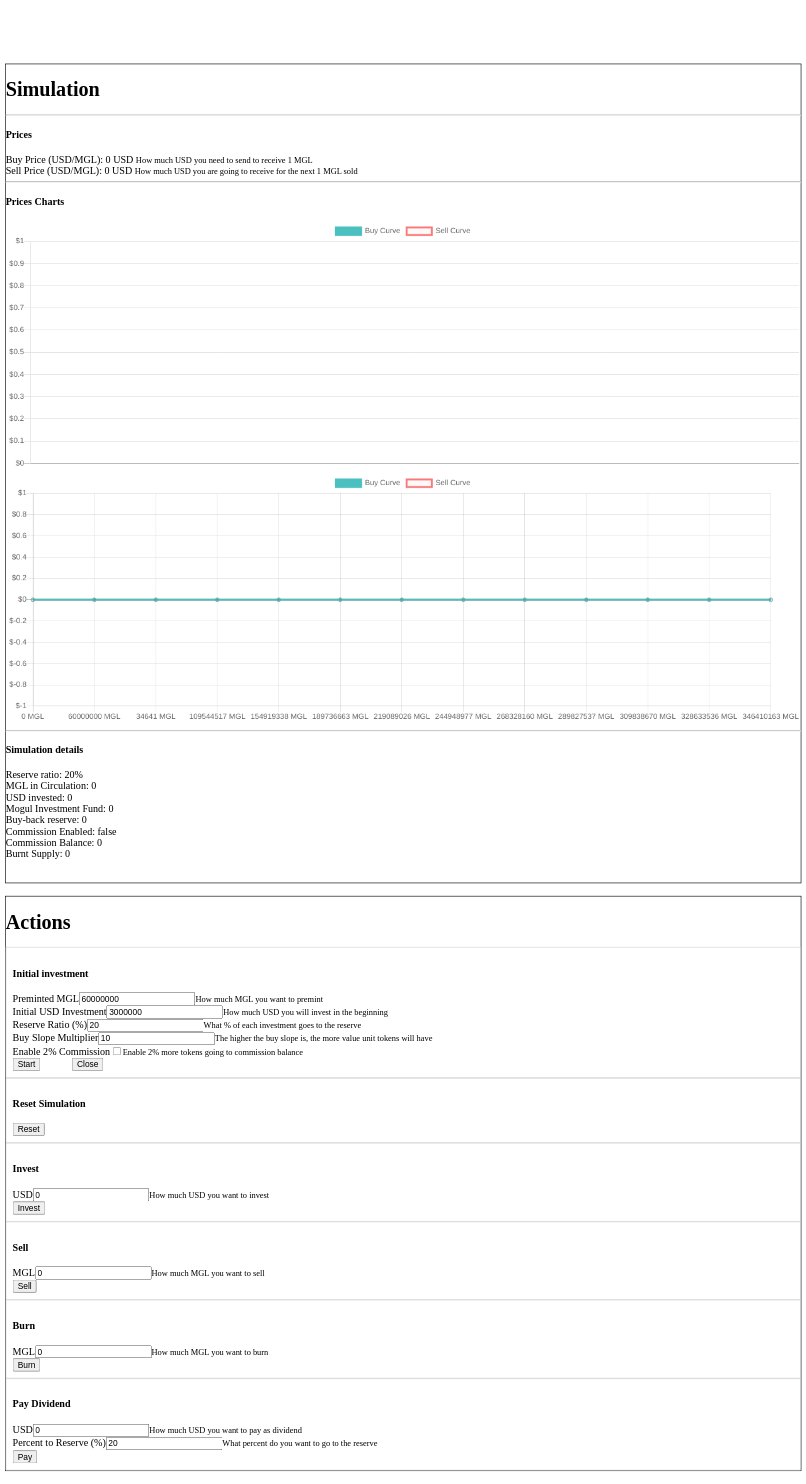
Repository: Fletch153/mogul-simulator
Page: /
An editor plug-in stored every save of this project. The page is shown before and after a run of saves, followed by the edit.
The browser window is 1280 px wide. The pictures show the whole page, at 63% of full size.
The project was rebuilt for these pictures with package versions that can differ from the ones it lists, and the page was loaded fresh each time.

Above is the page before, as saved 2019-11-27 14:51:37.

After the next 2 saves:
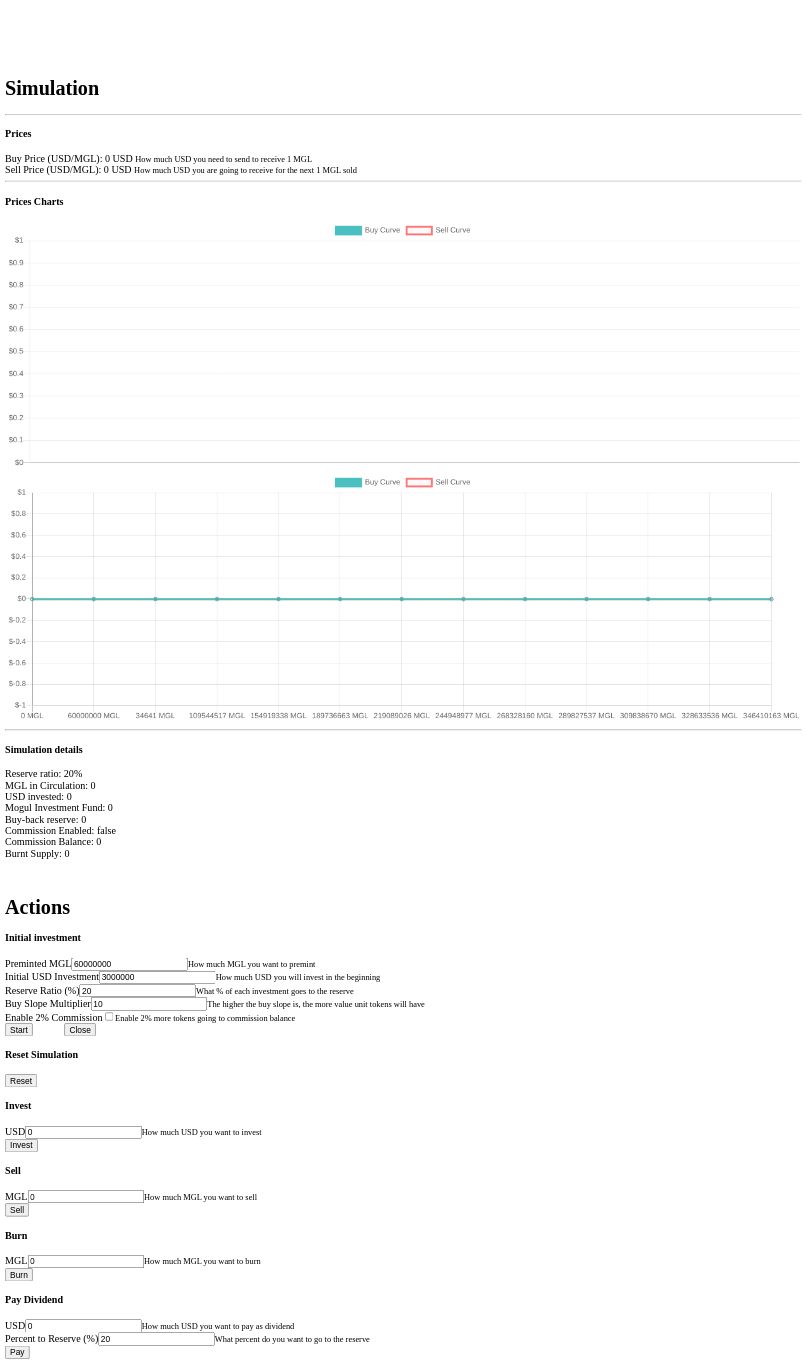
The 2 saves are shown as one change because they came seconds apart.
The last was saved 27 s later.
--- a/src/components/Simulator.vue
+++ b/src/components/Simulator.vue
@@ -747,15 +747,4 @@ header {
   height: 93px;
   margin-bottom: 0;
 }
-
-.simulator {
-  border: 1px solid black;
-  background-color: white;
-  margin-bottom: 20px;
-}
-
-.right-separator {
-  border: 1px solid lightgray;
-  padding: 10px;
-}
 </style>
